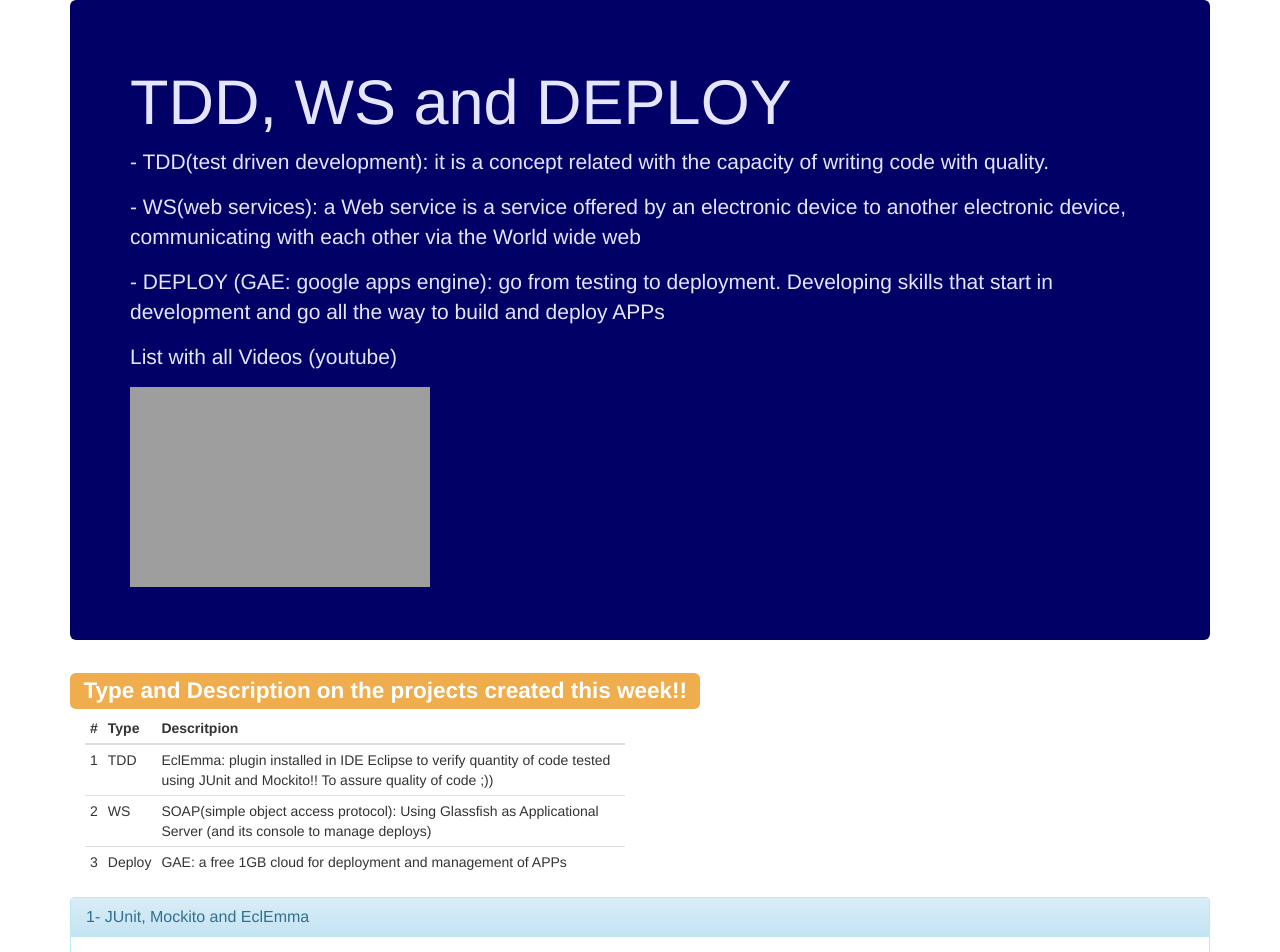
Repository: atafs/Deploy_GoogleAppEngine_webAPPS
Page: Project_001_Deploy_americotomasLIB/war/index.html
These files come from the project's save history. The page is drawn as it stood at one moment and after the next save; the edit follows.
The browser window is 1280 px wide. The pictures show the part of the page from y = 0 to 952 px (the page is 3647 px tall).
Pictures or frames that could not be fetched are drawn as grey boxes.

Above is the page before, as saved 2016-01-29 09:54:41.
Console error (its wording comes from the project's code and is left out).

After the next save:
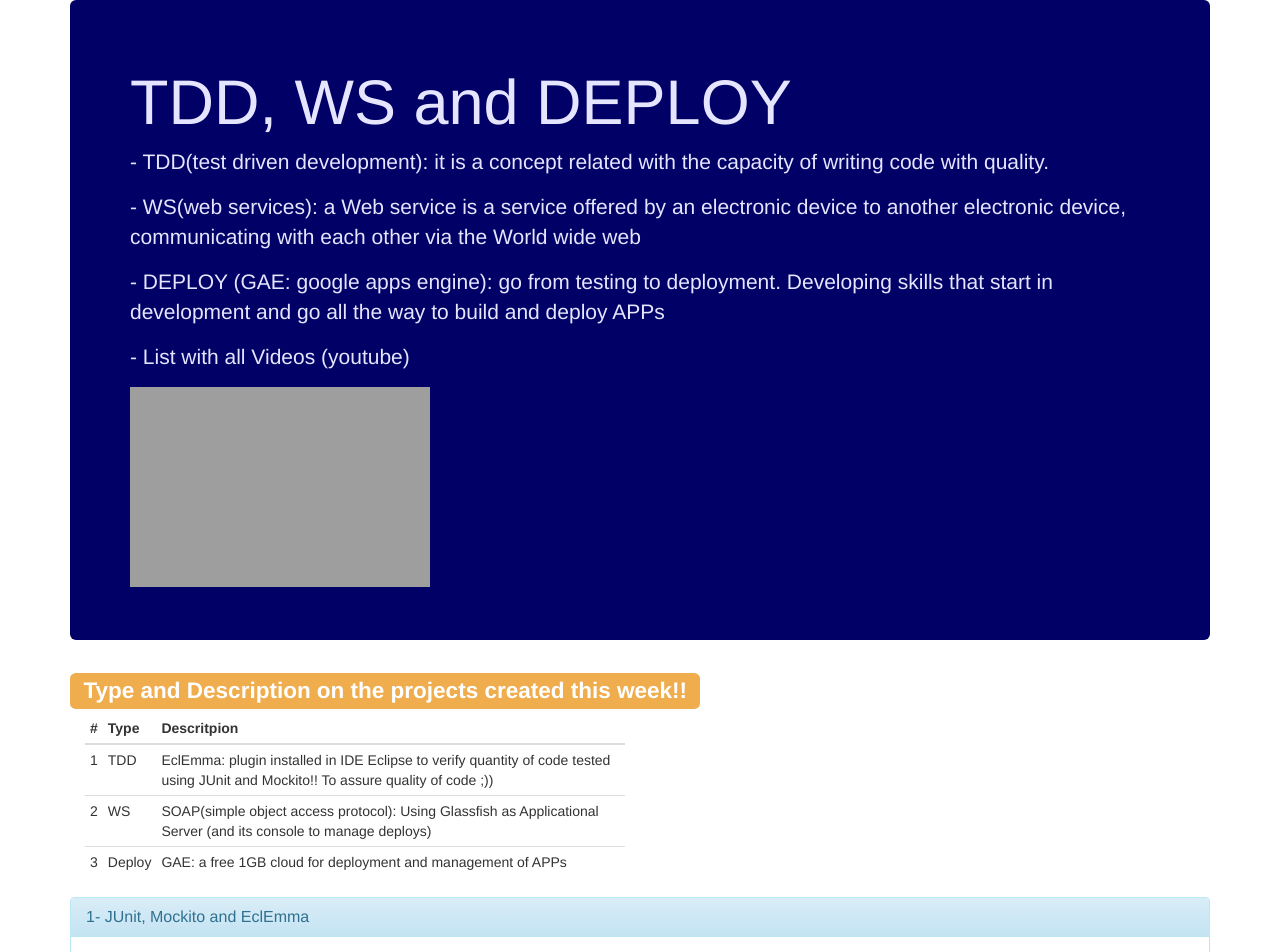
Saved 46 s later.
--- a/Project_001_Deploy_americotomasLIB/war/index.html
+++ b/Project_001_Deploy_americotomasLIB/war/index.html
@@ -22,7 +22,7 @@
 			<p>- WS(web services): a Web service is a service offered by an electronic device to another electronic device, communicating with each other via the World wide web</p>
 			<p>- DEPLOY (GAE: google apps engine): go from testing to deployment. Developing skills that start in development and go all the way to build and deploy APPs</p>
 
-			<p>List with all Videos (youtube)</p>
+			<p>- List with all Videos (youtube)</p>
 			<iframe width="300" height="200" src="https://www.youtube.com/embed/videoseries?list=PLBaNeIDelX0LWugK_EMfT9q_S85-bH_qY" frameborder="0" allowfullscreen></iframe>
 		</div>
 		<h2>
